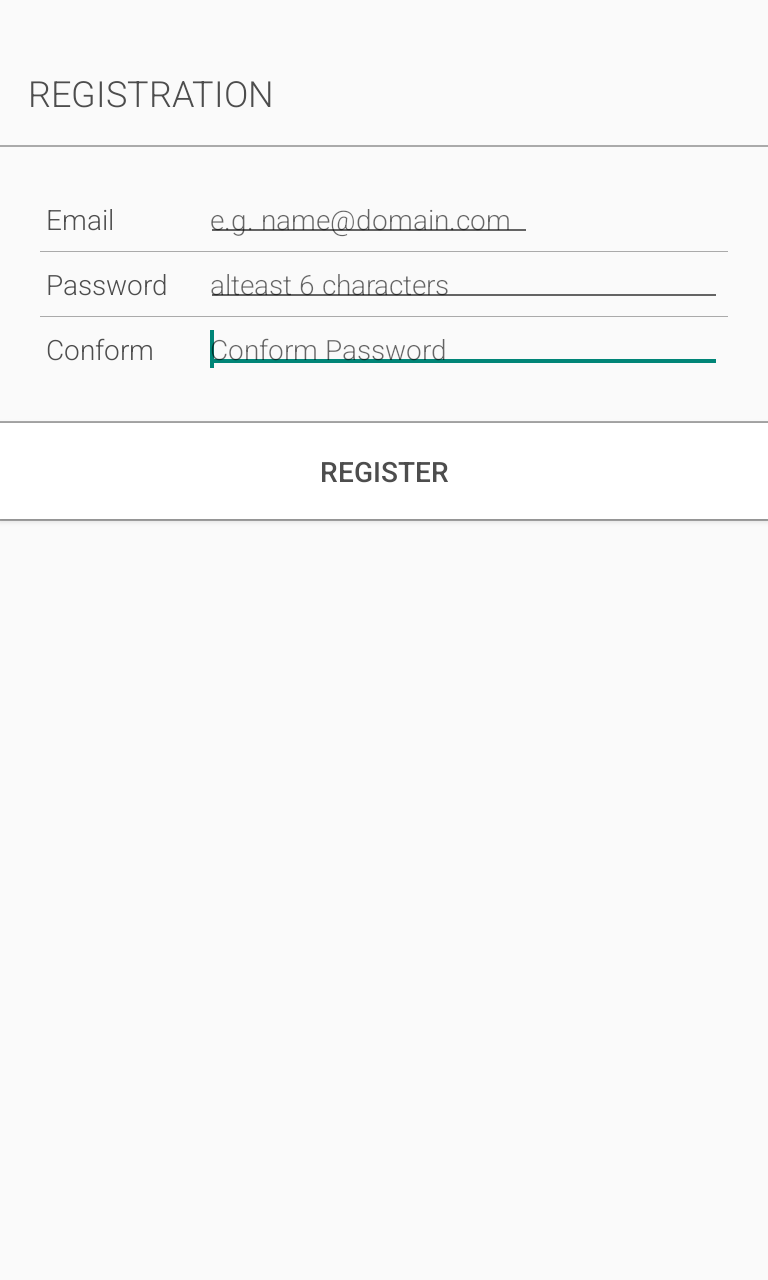
Repository: lMayuraDevani/BrentBrown
Layout: BrentBrown/res/layout/register.xml
These files come from the project's save history. The layout is drawn as it stood at one moment and after the next save; the edit follows.
It is drawn on a 768 x 1280 px phone screen (xhdpi) without system bars, with theme AppTheme; the app's code is not run.

Above is the layout before, as saved 2014-11-12 09:46:58.

After the next save:
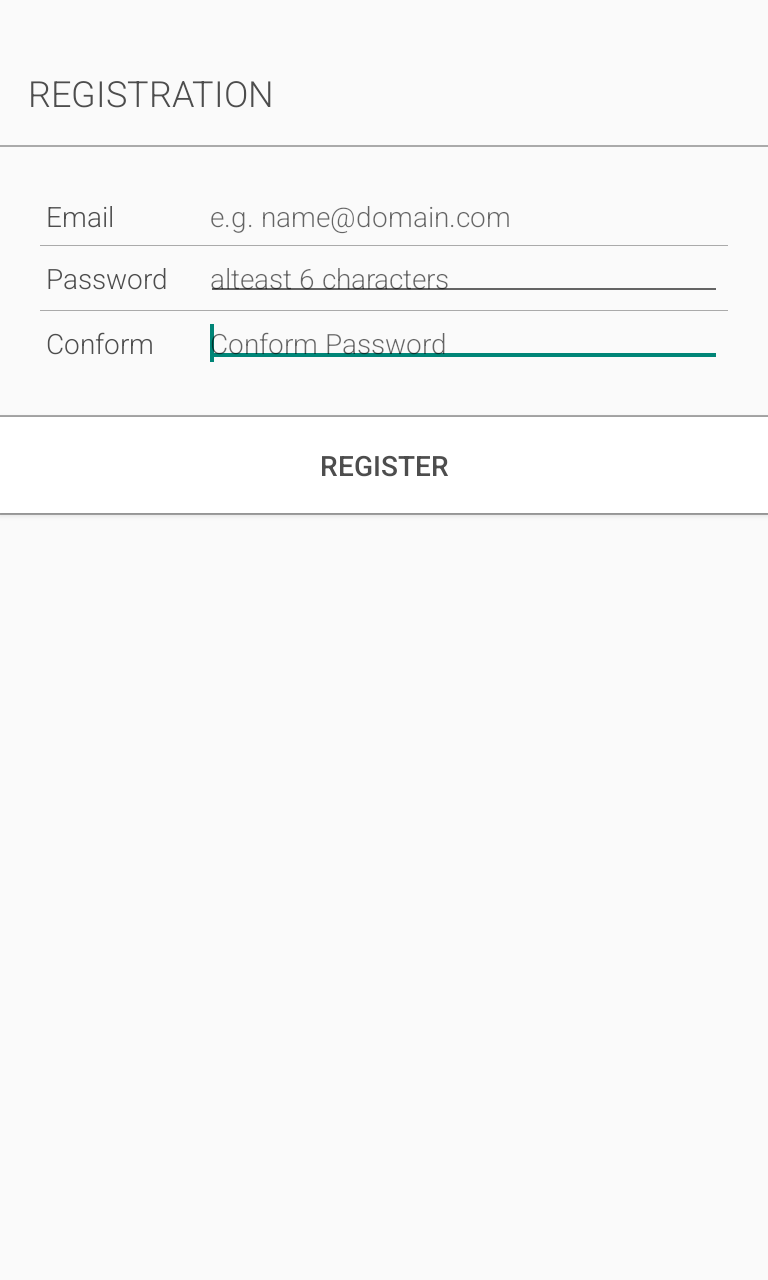
Saved 86 s later.
--- a/BrentBrown/res/layout/register.xml
+++ b/BrentBrown/res/layout/register.xml
@@ -54,6 +54,7 @@
                     android:padding="3dp"
                     android:fontFamily="sans-serif-light"
                     android:textColor="@android:color/darker_gray"
+                    android:background="@null"
                     android:textAppearance="?android:attr/textAppearanceSmall"
                     >
 
